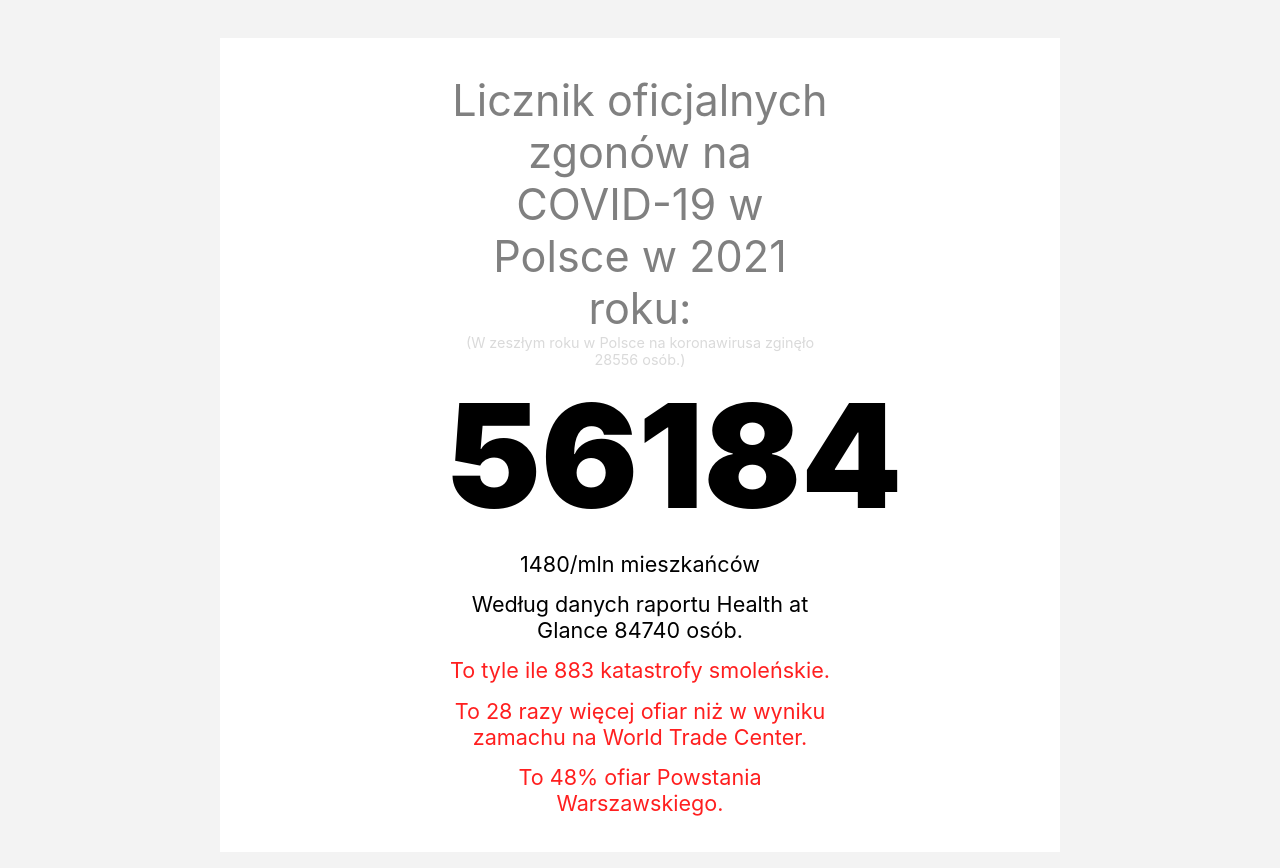
Repository: michalgornicki/poland-covid
Page: /
These files come from the project's save history. The page is drawn as it stood at one moment and after the next save; the edit follows.
The browser window is 1280 px wide. The pictures show the whole page.
The project was rebuilt for these pictures with package versions that can differ from the ones it lists, and the page was loaded fresh each time.

Above is the page before, as saved 2021-12-04 21:07:54.

### src/App.jsx
import React, { useEffect } from "react";
import "./App.css";

function App() {
  const startTime = () => {
    const date = new Date();
    let miliseconds = date.getTime();
    let seconds = Math.round(miliseconds / 1000);
    let thisYearSeconds = Math.round(seconds - 1609401600);
    let deaths = Math.round(thisYearSeconds * 0.00192110763);
    let allDeaths = deaths + 28556;
    let excessDeaths = allDeaths*1.85;
    let smolensk = Math.round(allDeaths / 96);
    let tradeCenter = Math.round(allDeaths / 2977);
    let uprising = (allDeaths / 175000).toFixed(2) * 100;


    document.getElementsByClassName("counter")[0].innerHTML = deaths;
    let deathsPerMillion = Math.round(deaths / 37.95);
    document.getElementsByClassName("counter-2")[0].innerHTML =
      deathsPerMillion + "/mln mieszkańców";
    document.getElementsByClassName("counter-3")[0].innerHTML =
      "Łącznie na Covid-19 zginęło w Polsce już " + (deaths + 28556) + " osób.";
      document.getElementsByClassName("counter-3")[0].innerHTML =
      "Według danych raportu Health at Glance " + (deaths + 28556) + " osób.";
    document.getElementsByClassName("counter-4")[0].innerHTML =
      "To tyle ile " + smolensk + " katastrofy smoleńskie.";
      document.getElementsByClassName("counter-4")[1].innerHTML =
      "To " + tradeCenter + " razy więcej ofiar niż w wyniku zamachu na World Trade Center.";
      document.getElementsByClassName("counter-4")[2].innerHTML =
      "To " + uprising + "% ofiar Powstania Warszawskiego.";

    setTimeout(startTime, 1000);
  };

  useEffect(() => {
    startTime();
  });

  return (
    <p>
      <div className="text-container">
        <div className="header">
          Licznik oficjalnych zgonów na COVID-19 w Polsce w 2021 roku:
        </div>
        <div className="header-2">
          (W zeszłym roku w Polsce na koronawirusa zginęło 28556 osób.)
        </div>
        <div className="counter">{""}</div>
        <div className="counter-2">{""}</div>
        <div className="counter-3"></div>
        <div className="counter-4"></div>
        <div className="counter-4"></div>
        <div className="counter-4"></div>
      </div>
    </p>
  );
}

export default App;

### src/App.css
body{
    background-color: rgb(243, 243, 243);
}

.text-container{
    display: block;
    margin: auto;
    margin-top: 3%;
    background-color: white;
    width: 60%;
    padding: 5vmin;
}

.header{
    font-size: 6vmin;
    display: block;
    margin: auto;
    width: 50%;
    text-align: center;
    color: gray;
}

.header-2{
    font-size: 2vmin;
    display: block;
    margin: auto;
    width: 50%;
    text-align: center;
    color: rgb(218, 218, 218);
}

.counter{
    font-size: 20vmin;
    font-weight: 900;
    display: block;
    margin: auto;
    width: 50%;
    text-align: center;
    color: rgb(0, 0, 0);
}

.counter-2{
    font-size: 3vmin;
    display: block;
    margin: auto;
    margin-top: 1vmin;
    width: 50%;
    text-align: center;
}

.counter-3{
    font-size: 3vmin;
    display: block;
    margin: auto;
    margin-top: 2vmin;
    width: 50%;
    text-align: center;
    color: rgb(0, 0, 0);
}

.counter-4{
    font-size: 3vmin;
    display: block;
    margin: auto;
    margin-top: 2vmin;
    width: 50%;
    text-align: center;
    color: rgb(255, 31, 31);
}

@media only screen and (max-width: 800px) {

    .text-container{
        display: block;
        margin: auto;
        margin-top: 3%;
        background-color: white;
        width: 90%;
        padding: 5vmin;
    }

    .header{
        font-size: 9vmin;
        display: block;
        margin: auto;
        width: 100%;
        text-align: center;
        color: gray;
    }

    .header-2{
        font-size: 5vmin;
        display: block;
        margin: auto;
        width: 100%;
        text-align: center;
        color: rgb(218, 218, 218);
    }

    .counter{
        font-size: 28vmin;
        font-weight: 900;
        display: block;
        margin: auto;
        width: fit-content;
        text-align: center;
        color: rgb(0, 0, 0);
    }

    .counter-2{
        font-size: 6vmin;
        display: block;
        margin: auto;
        margin-top: 1vmin;
        width: fit-content;
        text-align: center;
    }

    .counter-3{
        font-size: 6vmin;
        display: block;
        margin: auto;
        margin-top: 2vmin;
        width: fit-content;
        text-align: center;
        color: rgb(0, 0, 0);
    }

    .counter-4{
        font-size: 6vmin;
        display: block;
        margin: auto;
        margin-top: 10vmin;
        width: fit-content;
        text-align: center;
        color: rgb(255, 31, 31);
    }
}

Loaded but not shown: public/index.html (common file); src/index.js (common file); src/index.css (common file); src/reportWebVitals.js (common file)

After the next save:
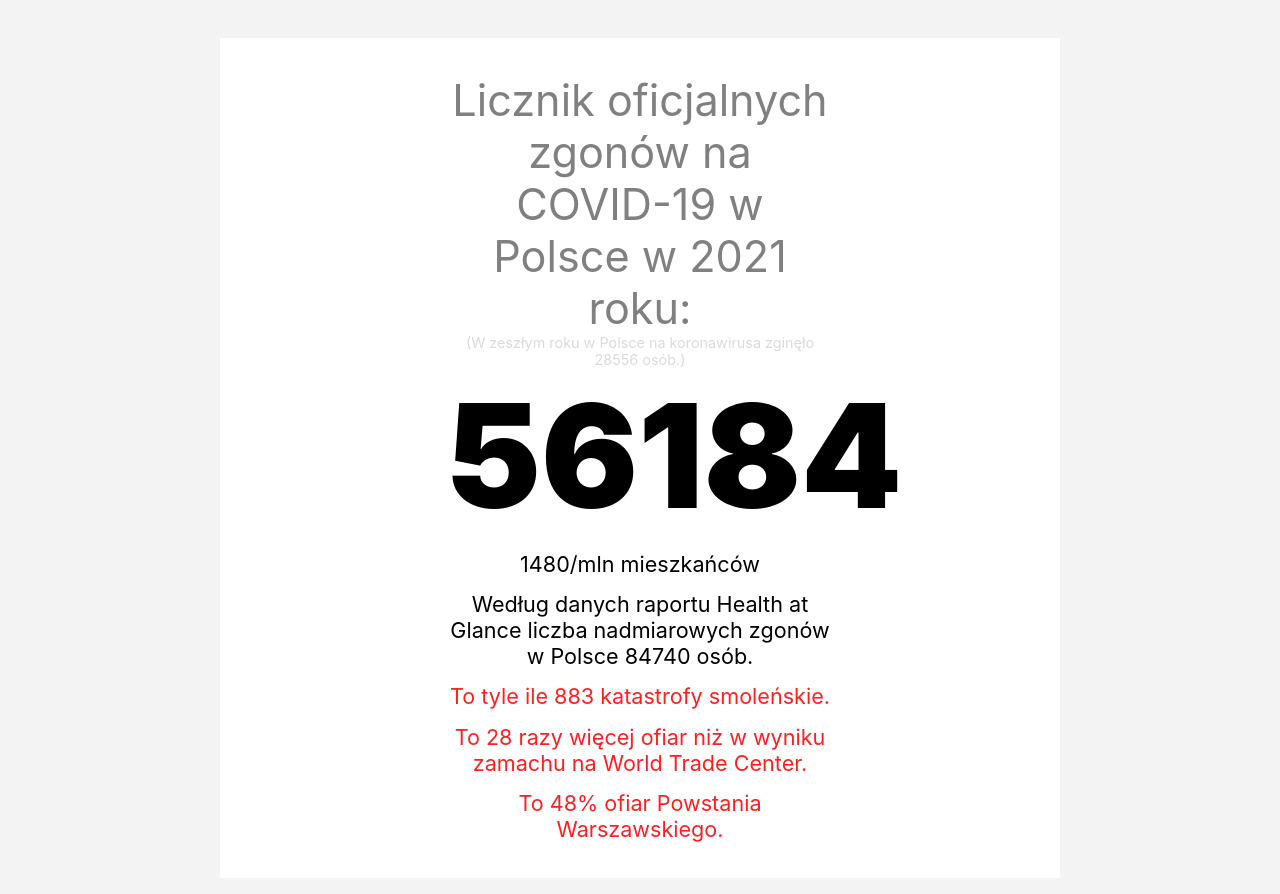
Saved 12 s later.
--- a/src/App.jsx
+++ b/src/App.jsx
@@ -22,7 +22,7 @@ function App() {
     document.getElementsByClassName("counter-3")[0].innerHTML =
       "Łącznie na Covid-19 zginęło w Polsce już " + (deaths + 28556) + " osób.";
       document.getElementsByClassName("counter-3")[0].innerHTML =
-      "Według danych raportu Health at Glance " + (deaths + 28556) + " osób.";
+      "Według danych raportu Health at Glance liczba nadmiarowych zgonów w Polsce " + (deaths + 28556) + " osób.";
     document.getElementsByClassName("counter-4")[0].innerHTML =
       "To tyle ile " + smolensk + " katastrofy smoleńskie.";
       document.getElementsByClassName("counter-4")[1].innerHTML =
